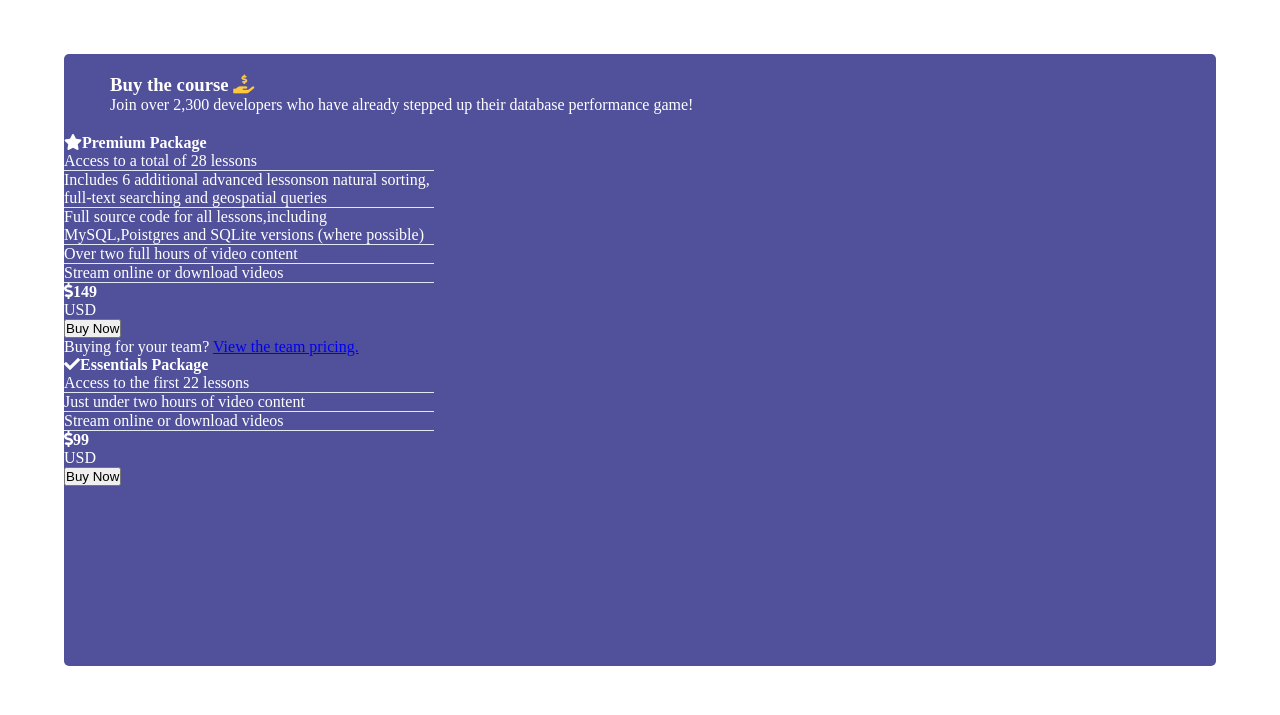
Repository: Z-ayat/Challenges
Page: Challenge 4/index.html
The author's editor kept a copy of each file at every save. The page is drawn from the files as they stood at one save, then again after the next save.
The browser window is 1280 px wide. The pictures show the whole page.

Above is the page before, as saved 2021-09-07 01:00:44.

After the next save:
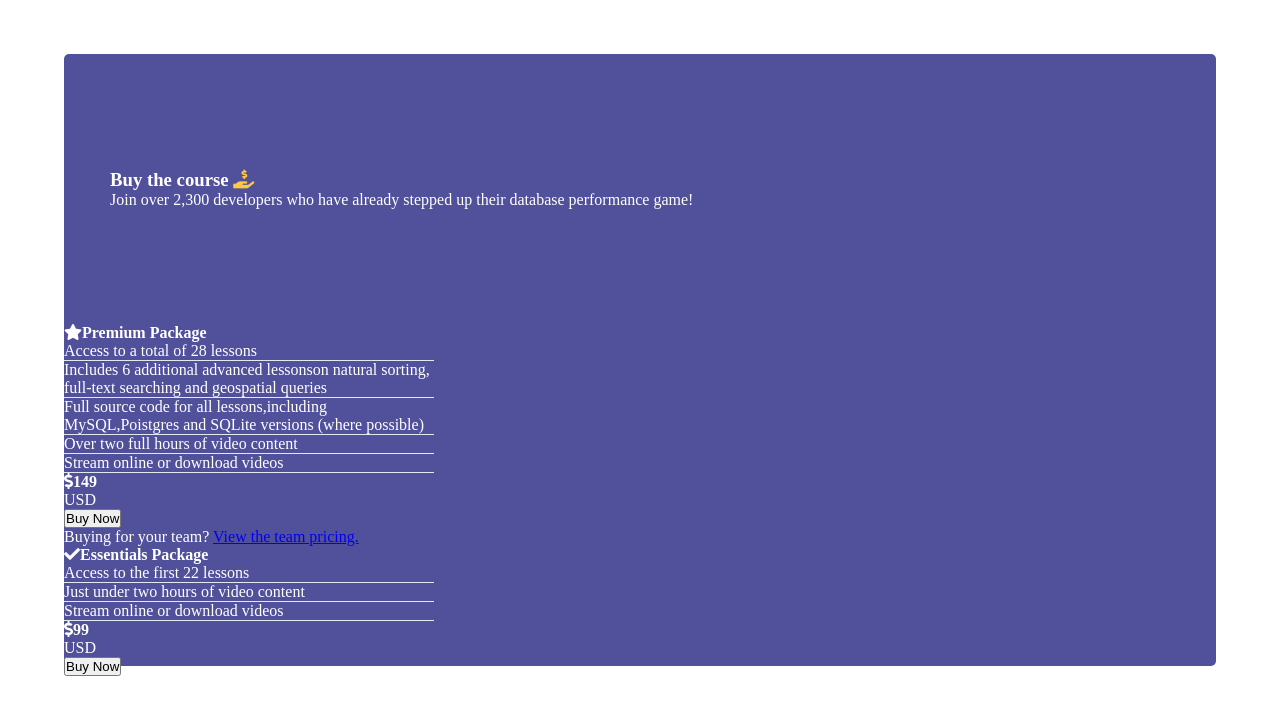
Saved 12 s later.
--- a/Challenge 4/styling/css/master.css
+++ b/Challenge 4/styling/css/master.css
@@ -29,7 +29,7 @@ body {
 }
 
 .head {
-    padding: 20px 4%;
+    padding: 10% 4%;
 }
 
 .specs {
